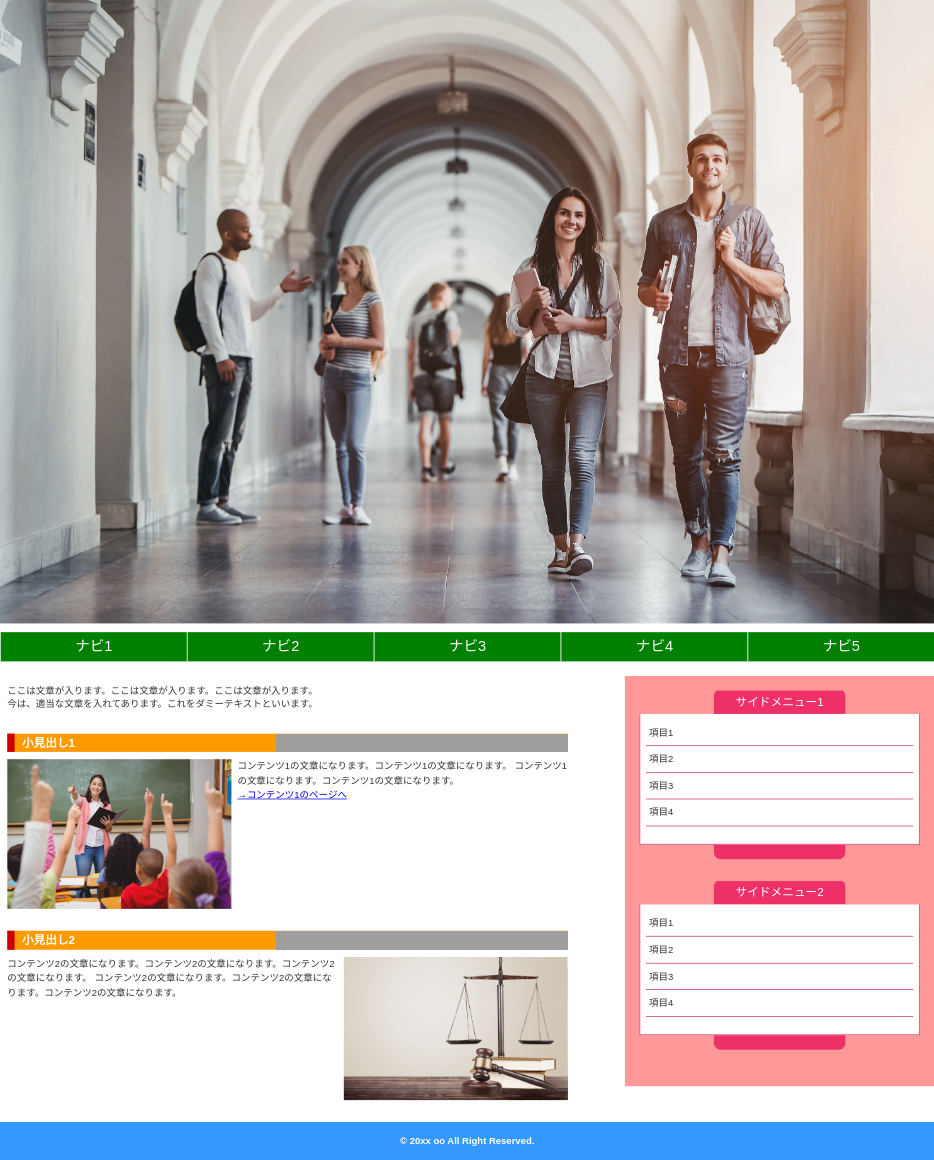
Repository: bonjyuru/samurai_HTML-CSS
Page: index.html
The author's editor kept a record of every edit. The page is drawn from the files as they stood at one moment, then again after the next edit.
The browser window is 1280 px wide. The pictures show the whole page, at 73% of full size.
Pictures or frames that could not be fetched are drawn as grey boxes.

Above is the page before.

After the next edit:
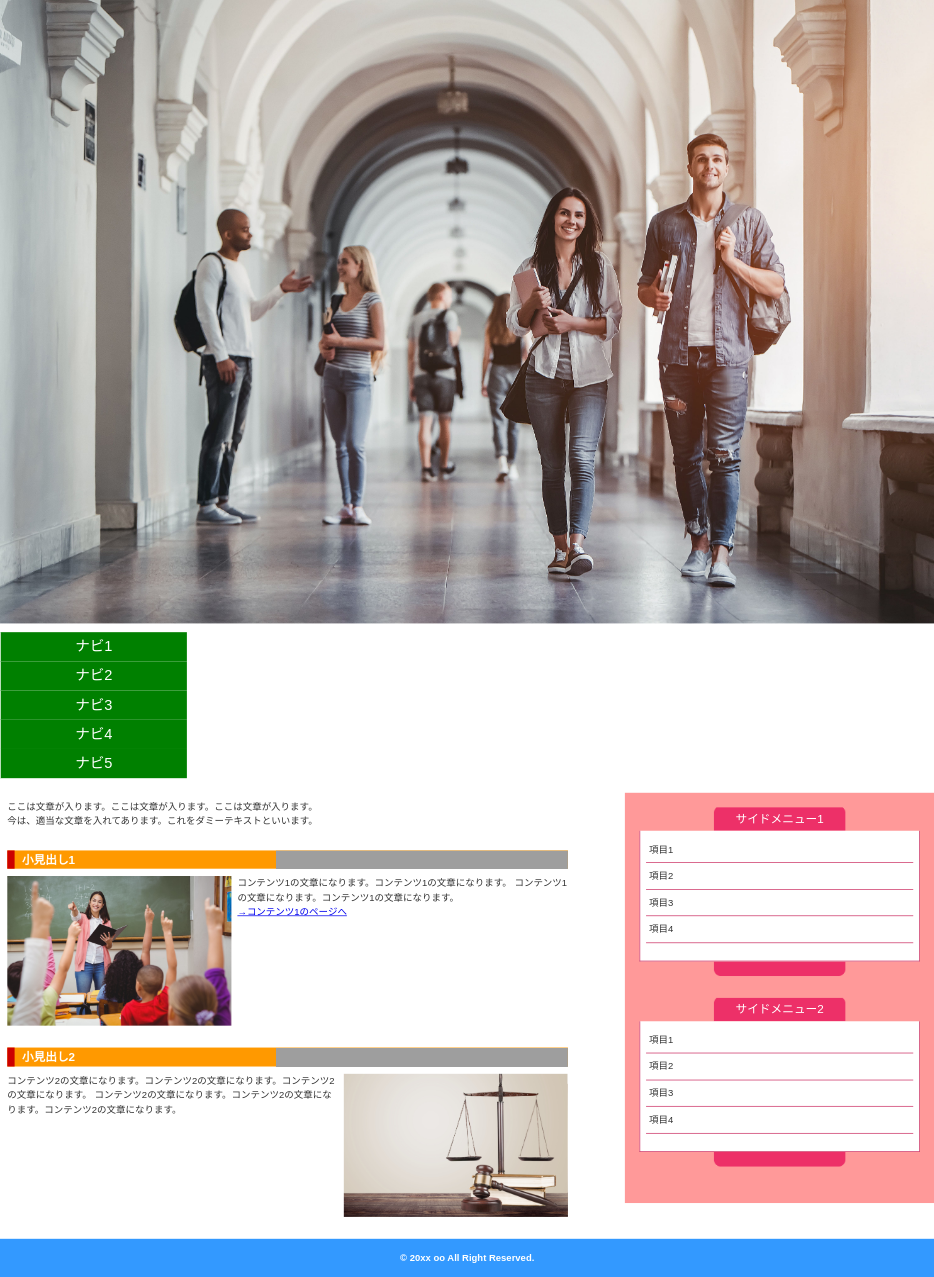
The edit:
--- a/stylesheet.css
+++ b/stylesheet.css
@@ -52,8 +52,7 @@
     list-style-type: none;
 }
 #nav ul li {
-    float: left;
-    width: 20%;
+        width: 20%;
     text-align: center;
 }
 #nav ul li a {

After the edit that followed:
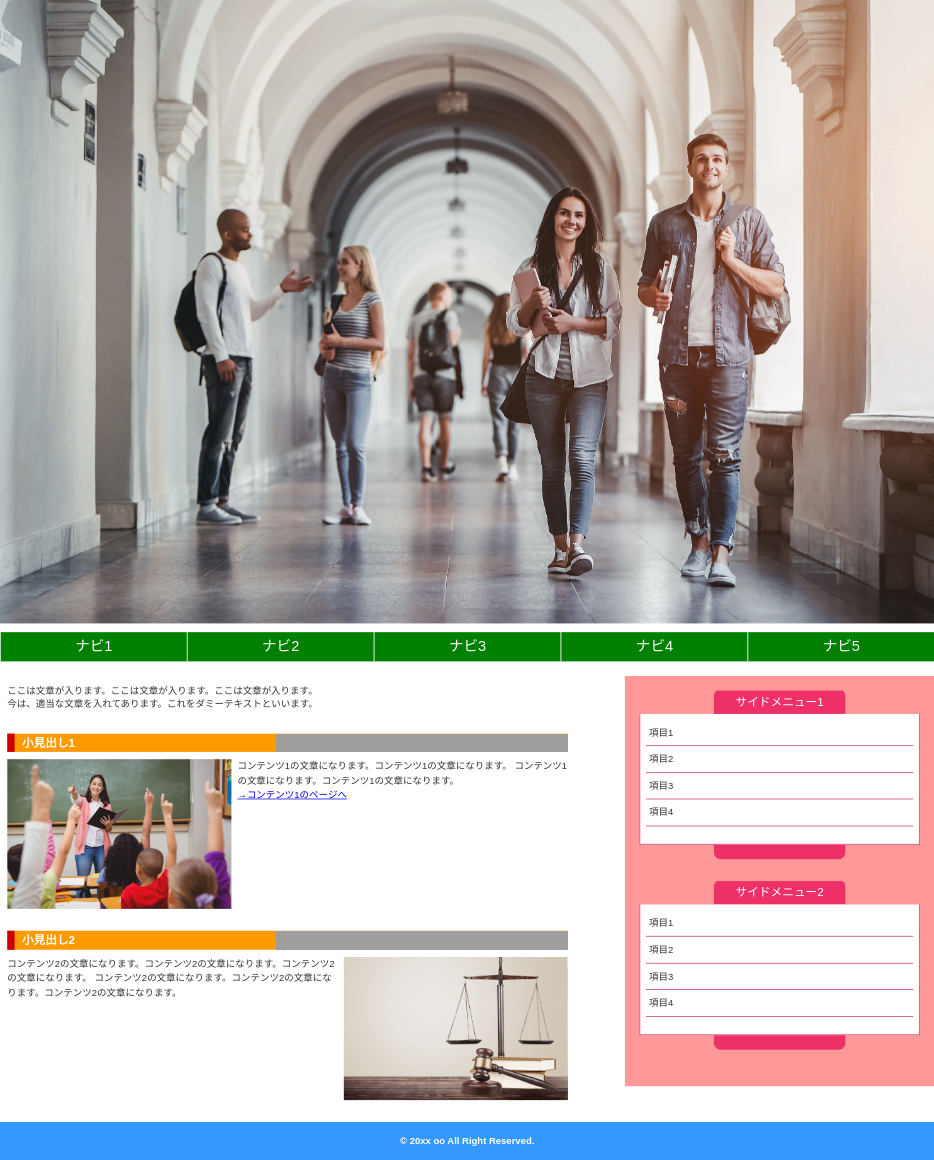
The edit:
--- a/stylesheet.css
+++ b/stylesheet.css
@@ -47,6 +47,7 @@
     width: 100%;
 }
 #nav ul {
+    display: flex;
     margin: 0;
     padding: 0;
     list-style-type: none;
